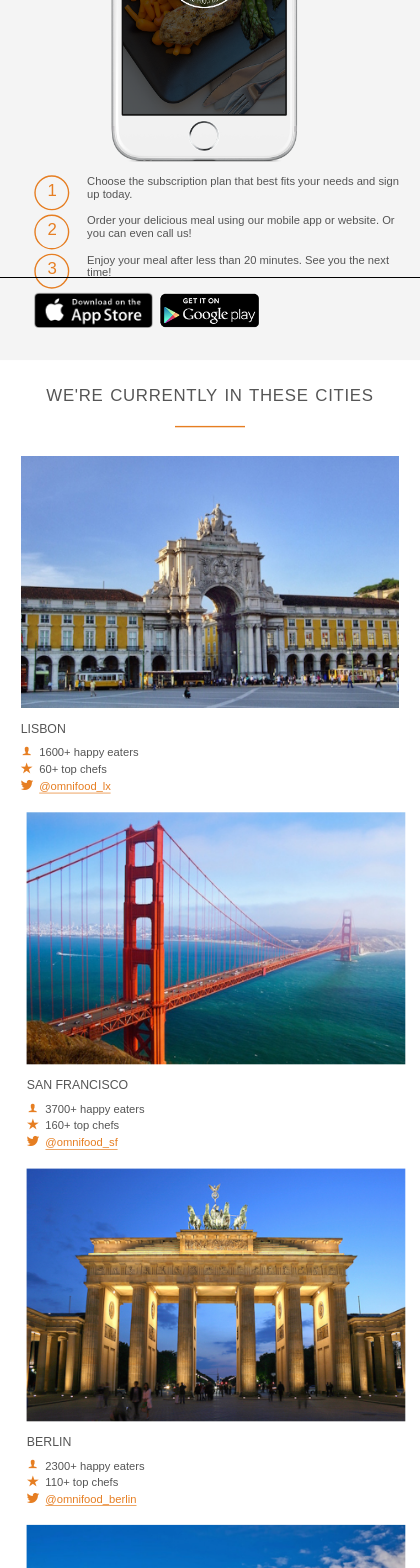
Repository: pboi18/E-Foods
Page: index.html
The author's editor kept a copy of each file at every save. The page is drawn from the files as they stood at one save, then again after the next save.
The browser window is 600 px wide. The pictures show the part of the page from y = 2509 to 4749 px (the page is 8129 px tall before and 8111 px after), at 70% of full size.
Backgrounds fixed to the window are drawn as part of the page.

Above is the page before, as saved 2020-07-25 10:56:25.

### index.html
<!DOCTYPE html>
<html lang="en">
   <head>
      <meta name="viewport" content="width=device-width, initial-scale=1.0">
      <meta http-equiv="Content-Type" content="text/html;charset=UTF-8">
      <link rel="stylesheet" href="vendors/css/normalize.css">
      <link rel="stylesheet" href="vendors/css/7.1 Grid.css">
      <link rel="stylesheet" href="vendors/css/ionicons.min.css">
      <link rel="stylesheet" href="resources/css/style.css">
      <link rel="stylesheet" href="resources/css/quaries.css">
      <link href='http://fonts.googleapis.com/css?family=Lato:100,300,400,300italic' rel='stylesheet' type='text/css'>
      <title>Ominifoods</title>
   </head>

   <body>
      <header>
         <nav>
               <div class="row">
                  <img src="resources/img/logo-white.png" alt="Ominifood logo" class="logo">

                  <ul class="main-nav">
                     <li><a href="#">Food delivery</a></li>
                     <li><a href="#">How it works</a></li>
                     <li><a href="#">Our cities</a></li>
                     <li><a href="#">Sign up</a></li>
                  </ul>

               </div>
         </nav>
         <div class="hero-text-box">
               <h1>Goodbye junk food. <br> Hello super healthy meals.</h1>
               <a href="#" class="btn btn-full">I’m hungry </a>
               <a href="#" class="btn btn-ghost">Show me more </a>
         </div>

      </header>

      <section class="section-features">
         <div class="row">
               <h2>Get food fast &mdash; not fast food</h2>
               <p class="long-copy">
                  Hello, we’re Omnifood, your new premium food delivery service. We know you’re always busy. No time for cooking. So let us take care of that, we’re really good at it, we promise!
               </p>
         </div>

         <div class="row">
               <div class="col span-1-of-4 box">
                  <i class="ion-ios-infinite-outline icon-big"></i>
                  <h3>Up to 365 days/year</h3>
                  <p>
                     Never cook again! We
                     really mean that. Our subscription
                     plans include up to 365
                     days/year coverage. You can
                     also choose to order more
                     flexibly if that's your style.
                  </p>
               </div>

               <div class="col span-1-of-4 box">
                  <i class="ion-ios-stopwatch-outline icon-big"></i>
                  <h3>Ready in 20 minutes</h3>
                  <p>
                     You're only twenty minutes
                     away from your delicious and
                     super healthy meals delivered
                     right to your home. We work
                     with the best chefs in each
                     town to ensure that you're
                     100% happy.
                  </p>
               </div>

               <div class="col span-1-of-4 box">
                  <i class="ion-ios-nutrition-outline icon-big"></i>
                  <h3>100% organic</h3>
                  <p>
                     All our vegetables are fresh, organic and local. Animals are raised without added hormones or antibiotics. Good for your health, the environment, and it also tastes better!
                  </p>
               </div>

               <div class="col span-1-of-4 box">
                  <i class="ion-ios-cart-outline icon-big"></i>
                  <h3>Order anything</h3>
                  <p>
                     We don't limit your creativity, which means you can order whatever you feel like. You can also choose from our menu containing over 100 delicious meals. It's up to you!
                  </p>
               </div>
         </div>
      </section>

      <section class="section-meals">
         <ul class="meals-showcase clearfix">
               <li>
                  <figure class="meal-photo">
                     <img src="resources/img/1.jpg" alt="Korean bibimbap with egg and vegetables">
                  </figure>
               </li>
               <li>
                  <figure class="meal-photo">
                     <img src="resources/img/2.jpg" alt="Simple italian pizza with cherry tomatoes">
                  </figure>
               </li>
               <li>
                  <figure class="meal-photo">
                     <img src="resources/img/3.jpg" alt="Chicken breast steak with vegetables ">
                  </figure>
               </li>
               <li>
                  <figure class="meal-photo">
                     <img src="resources/img/4.jpg" alt="Autumn pumpkin soup">
                  </figure>
               </li>
         </ul>

         <ul class="meals-showcase clearfix">
               <li>
                  <figure class="meal-photo">
                     <img src="resources/img/5.jpg" alt="Paleo beef steak with vegetables">
                  </figure>
               </li>
               <li>
                  <figure class="meal-photo">
                     <img src="resources/img/6.jpg" alt="Healthy baguette with egg and vegetables">
                  </figure>
               </li>
               <li>
                  <figure class="meal-photo">
                     <img src="resources/img/7.jpg" alt="Burger with cheddar and bacon">
                  </figure>
               </li>
               <li>
                  <figure class="meal-photo">
                     <img src="resources/img/8.jpg" alt="Granola with cherries and strawberries">
                  </figure>
               </li>
         </ul>
      </section>

      <section class="section-steps">
         <div class="row">
               <h2>How it works &mdash; Simple as 1, 2, 3</h2>
         </div>
         <div class="row">
               <div class="col span-1-of-2 steps-box">
                  <img src="resources/img/app-iPhone.png" alt="Ominifood app on iphone" class="app-screen">
               </div>

               <div class="col span-1-of-2 steps-box">
                  <div class="works-step">
                     <div>1</div>
                     <p>Choose the subscription plan that best fits your needs and sign up today.</p>
                  </div>
                  <div class="works-step">
                     <div>2</div>
                     <p>Order your delicious meal using our mobile app or website. Or you can even call us!</p>
                  </div>
                  <div class="works-step">
                     <div>3</div>
                     <p>Enjoy your meal after less than 20 minutes. See you the next time!</p>
                  </div>

                  <a href="#" class="btn-app">
                     <img src="resources/img/download-app.png " alt="App Store Button">
                  </a>
                  <a href="#" class="btn-app" >
                     <img src="resources/img/download-app-android.png" alt="play Store Button">
                  </a>

               </div>
         </div>
      </section>


      <section class="section-cities">
         <div class="row">
            <h2>
               We're currently in these cities
            </h2>
         </div>

         <div class="row">
            <div class="col span-1-of-4 box">
               <img src="resources/img/lisbon-3.jpg" alt="Lisbon">
               <h3>Lisbon</h3>
               <div class="city-feature">
                  <i class="ion-ios-person icon-small"></i>
                  1600+ happy eaters
               </div>
               <div class="city-feature">
                  <i class="ion-ios-star icon-small"></i>
                  60+ top chefs
               </div>
               <div class="city-feature">
                  <i class="ion-social-twitter icon-small"></i>
                  <a href="#">@omnifood_lx</a>
               </div>
            </div>

            <div class="col span-1-of-4 box">
               <img src="resources/img/san-francisco.jpg" alt="San Francisco">
               <h3>San Francisco</h3>
               <div class="city-feature">
                  <i class="ion-ios-person icon-small"></i>
                  3700+ happy eaters
               </div>
               <div class="city-feature">
                  <i class="ion-ios-star icon-small"></i>
                  160+ top chefs
               </div>
               <div class="city-feature">
                  <i class="ion-social-twitter icon-small"></i>
                  <a href="#">@omnifood_sf</a>
               </div>
            </div>

            <div class="col span-1-of-4 box">
               <img src="resources/img/berlin.jpg" alt="Berlin">
               <h3>Berlin</h3>
               <div class="city-feature">
                  <i class="ion-ios-person icon-small"></i>
                  2300+ happy eaters
               </div>
               <div class="city-feature">
                  <i class="ion-ios-star icon-small"></i>
                  110+ top chefs
               </div>
               <div class="city-feature">
                  <i class="ion-social-twitter icon-small"></i>
                  <a href="#">@omnifood_berlin</a>
               </div>
            </div>

            <div class="col span-1-of-4 box">
               <img src="resources/img/london.jpg" alt="London">
               <h3>London</h3>
               <div class="city-feature">
                  <i class="ion-ios-person icon-small"></i>
                  1200+ happy eaters
               </div>
               <div class="city-feature">
                  <i class="ion-ios-star icon-small"></i>
                  50+ top chefs
               </div>
               <div class="city-feature">
                  <i class="ion-social-twitter icon-small"></i>
                  <a href="#">@omnifood_london</a>
               </div>
            </div>
         </div>


      </section>

      <section class="section-testimonials">
         <div class="row">
            <h2>Our customers can't live without us</h2>
         </div>

         <div class="row">
            <div class="col span-1-of-3">
               <blockquote>
                  Omnifood is just awesome! I just launched a startup which leaves me with no time for cooking, so Omnifood is a life-saver. Now that I got used to it, I couldn't live without my daily meals!
                  <cite><img src="resources/img/customer-1.jpg" alt="">Alberto Duncan</cite>
               </blockquote>
            </div>

            <div class="col span-1-of-3">
               <blockquote>
                  Inexpensive, healthy and great-tasting meals, delivered right to my home. We have lots of food delivery here in Lisbon, but no one comes even close to Omifood. Me and my family are so in love!
                  <cite><img src="resources/img/customer-2.jpg" alt="">Joana Silva</cite>
               </blockquote>
            </div>

            <div class="col span-1-of-3">
               <blockquote>
                  I was looking for a quick and easy food delivery service in San Franciso. I tried a lot of them and ended up with Omnifood. Best food delivery service in the Bay Area. Keep up the great work!
                  <cite><img src="resources/img/customer-3.jpg" alt="">Milton Chapman</cite>
               </blockquote>
            </div>
         </div>
      </section>

      <section class="section-plans">
         <div class="row">
            <h2>Start eating healthy today</h2>
         </div>
         <div class="row">
            <div class="col span-1-of-3">
               <div class="plan-box">
                  <div>
                     <h3>Premium</h3>
                     <p class="plan-price">399$ <span>/ month</span></p>
                     <p class="plan-price-meal">That’s only 13.30$ / meal</p>
                  </div>
                  <div>
                     <ul>
                        <li><i class="ion-ios-checkmark-empty icon-small"></i>1 meal every day</li>
                        <li><i class="ion-ios-checkmark-empty icon-small"></i>Order 24/7</li>
                        <li><i class="ion-ios-checkmark-empty icon-small"></i>Access to newest creations</li>
                        <li><i class="ion-ios-checkmark-empty icon-small"></i>Free delivery</li>
                     </ul>
                  </div>
                  <div>
                     <a href="#" class="btn btn-full" >Sign up now </a>
                  </div>
               </div>
            </div>

            <div class="col span-1-of-3">
               <div class="plan-box">
                  <div>
                     <h3>Pro</h3>
                     <p class="plan-price">149$ <span>/ month</span></p>
                     <p class="plan-price-meal">That’s only 14.90$ / meal</p>
                  </div>
                  <div>
                     <ul>
                        <li><i class="ion-ios-checkmark-empty icon-small"></i>1 meal every day</li>
                        <li><i class="ion-ios-checkmark-empty icon-small"></i>Order 24/7</li>
                        <li><i class="ion-ios-checkmark-empty icon-small"></i>Access to newest creations</li>
                        <li><i class="ion-ios-checkmark-empty icon-small"></i>Free delivery</li>
                     </ul>
                  </div>
                  <div>
                     <a href="#" class="btn btn-ghost" >Sign up now </a>
                  </div>
               </div>
            </div>

            <div class="col span-1-of-3">
               <div class="plan-box">
                  <div>
                     <h3>Starter</h3>
                     <p class="plan-price">19$ <span>/ meal</span></p>
                     <p class="plan-price-meal"> &nbsp; </p>
                  </div>
                  <div>
                     <ul>
                        <li><i class="ion-ios-checkmark-empty icon-small"></i>1 meal</li>
                        <li><i class="ion-ios-checkmark-empty icon-small"></i>Order from 8 am to 12 pm</li>
                        <li><i class="ion-ios-close-empty icon-small"></i>Access to newest creations</li>
                        <li><i class="ion-ios-checkmark-empty icon-small"></i>Free delivery</li>
                     </ul>
                  </div>
                  <div>
                     <a href="#" class="btn btn-ghost" >Sign up now </a>
                  </div>
               </div>
            </div>
         </div>
      </section>

      <section class="section-form">
         <div class="row">
            <h2>We're happy to hear from you</h2>
         </div>

         <div class="row">
            <form action="#" method="post" class="contact-form" >
               <div class="row">
                  <div class="col span-1-of-3">
                     <label for="name">Name</label>
                  </div>
                  <div class="col span-2-of-3">
                     <input type="text" name="name" id="name" placeholder="Your name" requried>
                  </div>
               </div>
               <div class="row">
                  <div class="col span-1-of-3">
                     <label for="email">Email</label>
                  </div>
                  <div class="col span-2-of-3">
                     <input type="email" name="email" id="email" placeholder="Your email" requried>
                  </div>
               </div>
               <div class="row">
                  <div class="col span-1-of-3">
                     <label for="find-us">How did you find us?</label>
                  </div>
                  <div class="col span-2-of-3">
                     <select name="find us" id="find-us" required>
                        <option value="None">None</option>
                        <option value="friends">Friends</option>
                        <option value="Social Media">Social Media</option>
                        <option value="Search Engines">Search Engines</option>
                        <option value="Advertisement">Advertisement</option>
                        <option value="Others">Others</option>

                     </select>
                  </div>
               </div>
               <div class="row">
                  <div class="col span-1-of-3">
                     <label for="newsletter">Newsletter</label>
                  </div>
                  <div class="col span-2-of-3">
                     <input type="checkbox" name="checkbox" id="newsletter" >
                  </div>
               </div>
               <div class="row">
                  <div class="col span-1-of-3">
                     <label for="message">Drop us a line</label>
                  </div>
                  <div class="col span-2-of-3">
                     <textarea name="message" id="message" ></textarea>
                  </div>
               </div>
               <div class="row">
                  <div class="col span-1-of-3">
                     <label for="">&nbsp;</label>
                  </div>
                  <div class="col span-2-of-3">
                     <input type="submit" value="Send it!">
                  </div>
               </div>
            </form>
         </div>
      </section>

      <footer>
         <div class="row">
            <div class="col span-1-of-2">
               <ul class="footer-nav">
                  <li><a href="#">About us</a></li>
                  <li><a href="#">Blog </a></li>
                  <li><a href="#">Press</a></li>
                  <li><a href="#">iOS App</a></li>
                  <li><a href="#">Android App</a></li>
               </ul>
            </div>
            <div class="col span-1-of-2">
               <ul class="social-links">
                  <li><a href="#"><i class="ion-social-facebook"></i></a></li>
                  <li><a href="#"><i class="ion-social-twitter"></i></a></li>
                  <li><a href="#"><i class="ion-social-googleplus"></i></a></li>
                  <li><a href="#"><i class="ion-social-instagram"></i></a></li>
               </ul>
            </div>
         </div>
         <div class="row">
            <p>
               Copyright &copy; 2020 by Ominifood. All right reserved
            </p>
         </div>
      </footer>

   </body>


</html>

### resources/css/quaries.css

/* from bg tab to 1200px (widths smaller than the 1140 row) */
@media only screen and (max-width: 1200px) {

    .hero-text-box {
        width: 100%;
        padding:  0 2%;
    }

    .row {
        padding: 0 2%;
    }


}


/* sm tab - bg tab: 768 - 1023px */
@media only screen and (max-width: 1023px) {
    body {
        font-size: 18px;
    }

    section {

        padding: 60px 0;
    }

    .long-copy {
        width: 80%;
        margin-left: 10%;
    }

    .steps-box { margin-top: 10px;}
    .steps-box:last-child { margin-top: 10px;}
    .works-step { margin-bottom: 40px;}
    .works-step:last-of-type { margin-bottom: 60px;}

    .app-screen { width: 50%;}

    .icon-small {
        width: 17px;
        margin-right: 5px;
    }

    .city-featurev{
        font-size: 90%;
    }

    .plan-box {
        width: 100%;
        margin-left: 0%;
    }

    .plan-price {
        font-size: 250%;
    }

    .contact-form{
        width: 80%;
    }
}

/* small phones to small tablets: from 481px - 767px */
@media only screen and (max-width: 767px) {


    body {
        font-size: 16px;
    }
    section {
        padding: 36px 0;
    }

    .row ,
    .hero-text-box {
        padding: 0 4%;
    }

    .col {
        width: 100%;
    }

    .main-nav {
        display: none;
    }

    h1 {
        font-size: 180%;
    }
    h2 {
        font-size: 150%;
    }

    .long-copy {
        width: 100%;
        margin-left: 0%;
    }

    .steps-box:first-child {
        text-align: center;
    }
    .app-screen {
        font-size: 40px;
    }
    .works-step { margin-bottom: 20px;}
    .works-step:last-of-type { margin-bottom: 20px;}
    .work-step div {
        height: 30px;
        width: 30px;
        margin-right: 15px;
        padding: 4px;
        font-size: 120%;
    }
}


/* small phones: from 0 - 480px */
@media only screen and (max-width: 480px) {

}

Loaded but not shown: vendors/css/normalize.css (library); vendors/css/7.1 Grid.css (library); vendors/css/ionicons.min.css (library); resources/css/style.css (593 lines, source omitted)

After the next save:
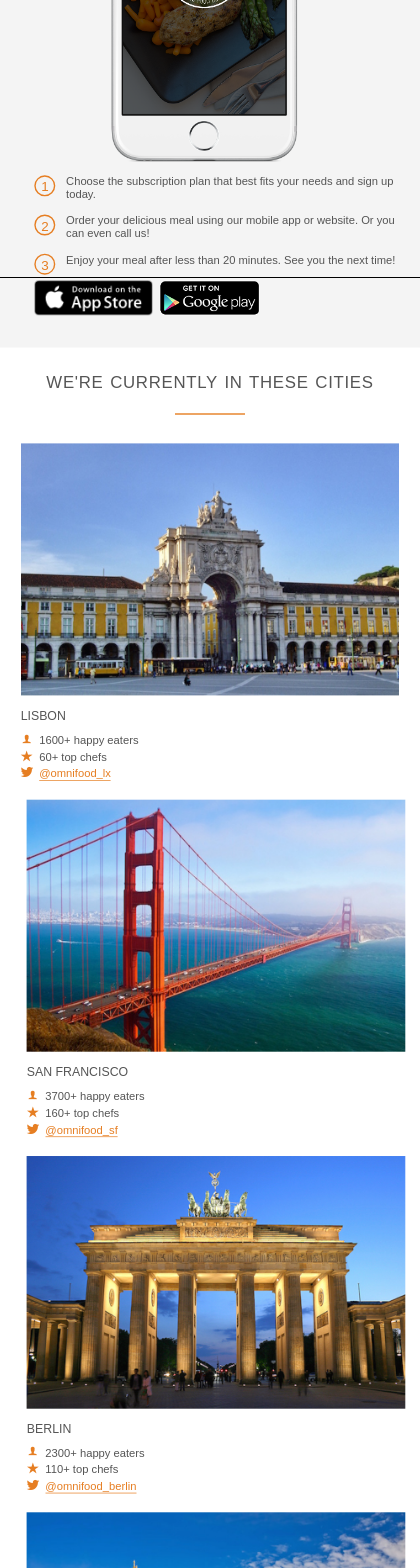
Saved 73 s later.
--- a/resources/css/quaries.css
+++ b/resources/css/quaries.css
@@ -105,7 +105,7 @@
     }
     .works-step { margin-bottom: 20px;}
     .works-step:last-of-type { margin-bottom: 20px;}
-    .work-step div {
+    .works-step div {
         height: 30px;
         width: 30px;
         margin-right: 15px;
